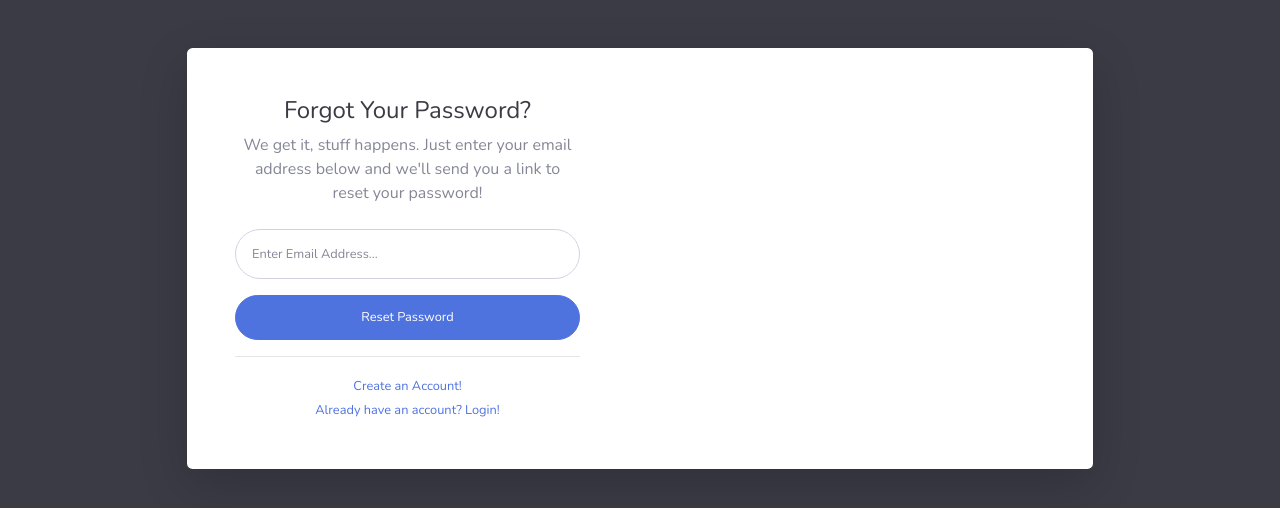
Repository: TuanLe8899/SpringBootProject
Page: http://localhost/forgot-password
An editor plug-in stored every save of this project. The page is shown before and after the next save, followed by the edit.
The browser window is 1280 px wide. The pictures show the whole page.
The page is this project's Thymeleaf template; nobody is signed in. Other server files are loaded and not shown. The template is opened directly, without the code that normally fills it, so the values that code supplies are empty.

Above is the page before, as saved 2022-08-25 07:36:17.

### complaint_management/src/main/resources/templates/forgot-password.html
<!DOCTYPE html>
<html lang="en" xmlns="http://www.w3.org/1999/xhtml" xmlns:th="http://www.thymeleaf.org"
    xmlns:sec="http://www.thymeleaf.org" xmlns:layout="http://www.ultraq.net.nz/thymeleaf/layout">

<head>

    <meta charset="utf-8">
    <meta http-equiv="X-UA-Compatible" content="IE=edge">
    <meta name="viewport" content="width=device-width, initial-scale=1, shrink-to-fit=no">
    <meta name="description" content="">
    <meta name="author" content="">

    <title>forgot Password</title>

    <!-- Custom fonts for this template-->
    <link th:href="@{/vendor/fontawesome-free/css/all.min.css}" rel="stylesheet" type="text/css">
    <link
        href="https://fonts.googleapis.com/css?family=Nunito:200,200i,300,300i,400,400i,600,600i,700,700i,800,800i,900,900i"
        rel="stylesheet">

    <!-- Custom styles for this template-->
    <link th:href="@{/css/sb-admin-2.min.css}" rel="stylesheet">

</head>

<body class="bg-gray-900">

    <div class="container">

        <!-- Outer Row -->
        <div class="row justify-content-center">

            <div class="col-xl-10 col-lg-12 col-md-9">

                <div class="card o-hidden border-0 shadow-lg my-5">
                    <div class="card-body p-0">
                        <!-- Nested Row within Card Body -->
                        <div class="row">
                            <div class="col-lg-6">
                                <div class="p-5">
                                    <div class="text-center">
                                        <h1 class="h4 text-gray-900 mb-2">Forgot Your Password?</h1>
                                        <p class="mb-4">We get it, stuff happens. Just enter your email address below
                                            and we'll send you a link to reset your password!</p>
                                    </div>
                                    <form class="user">
                                        <div class="form-group">
                                            <input type="email" class="form-control form-control-user"
                                                id="exampleInputEmail" aria-describedby="emailHelp"
                                                placeholder="Enter Email Address...">
                                        </div>
                                        <a href="login.html" class="btn btn-primary btn-user btn-block">
                                            Reset Password
                                        </a>
                                    </form>
                                    <hr>
                                    <div class="text-center">
                                        <a class="small" th:href="@{/register}">Create an Account!</a>
                                    </div>
                                    <div class="text-center">
                                        <a class="small" th:href="@{/login}">Already have an account? Login!</a>
                                    </div>
                                </div>
                            </div>
                        </div>
                    </div>
                </div>

            </div>

        </div>

    </div>

    <!-- Bootstrap core JavaScript-->
    <script th:src="@{/vendor/jquery/jquery.min.js}"></script>
    <script th:src="@{/vendor/bootstrap/js/bootstrap.bundle.min.js}"></script>

    <!-- Core plugin JavaScript-->
    <script th:src="@{/vendor/jquery-easing/jquery.easing.min.js}"></script>

    <!-- Custom scripts for all pages-->
    <script th:src="@{/js/sb-admin-2.min.js}"></script>

</body>

</html>

Loaded but not shown: complaint_management/src/main/resources/static/css/sb-admin-2.min.css (library); complaint_management/src/main/resources/static/js/sb-admin-2.min.js (common file)

After the next save:
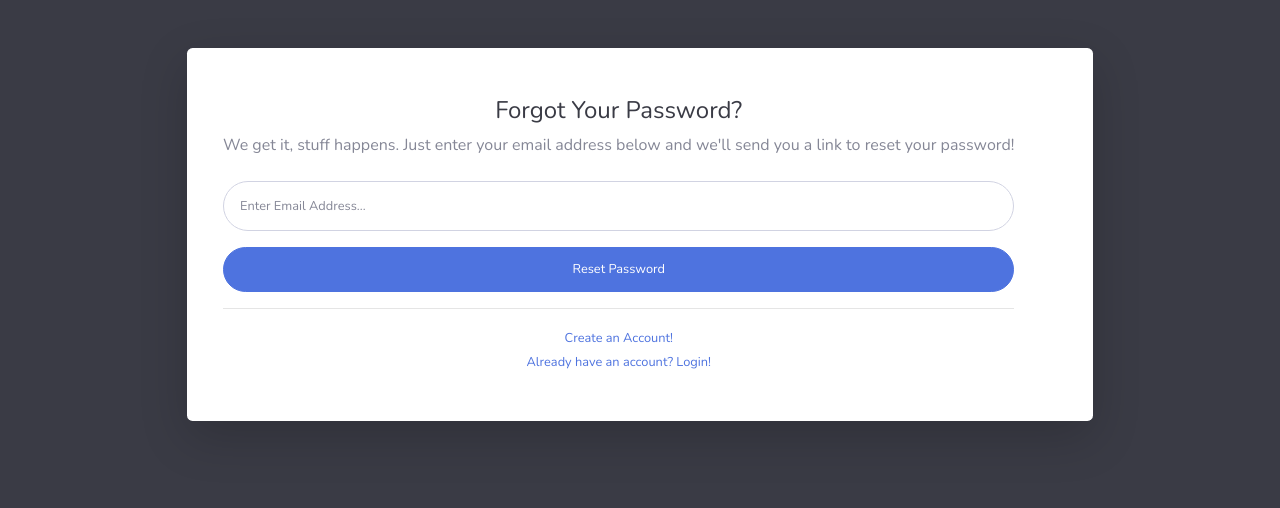
Saved 10 s later.
--- a/complaint_management/src/main/resources/templates/forgot-password.html
+++ b/complaint_management/src/main/resources/templates/forgot-password.html
@@ -36,7 +36,7 @@
                     <div class="card-body p-0">
                         <!-- Nested Row within Card Body -->
                         <div class="row">
-                            <div class="col-lg-6">
+                            <div class="col6">
                                 <div class="p-5">
                                     <div class="text-center">
                                         <h1 class="h4 text-gray-900 mb-2">Forgot Your Password?</h1>

After the save that followed:
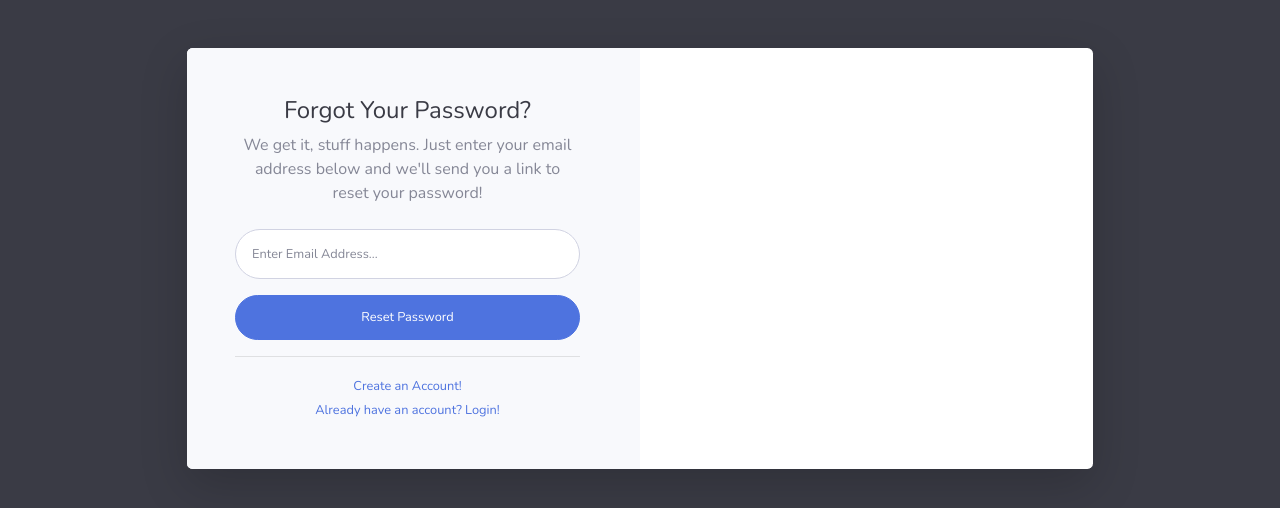
Saved 9 s later.
--- a/complaint_management/src/main/resources/templates/forgot-password.html
+++ b/complaint_management/src/main/resources/templates/forgot-password.html
@@ -36,7 +36,7 @@
                     <div class="card-body p-0">
                         <!-- Nested Row within Card Body -->
                         <div class="row">
-                            <div class="col6">
+                            <div class="col-6 bg-gray-100">
                                 <div class="p-5">
                                     <div class="text-center">
                                         <h1 class="h4 text-gray-900 mb-2">Forgot Your Password?</h1>
